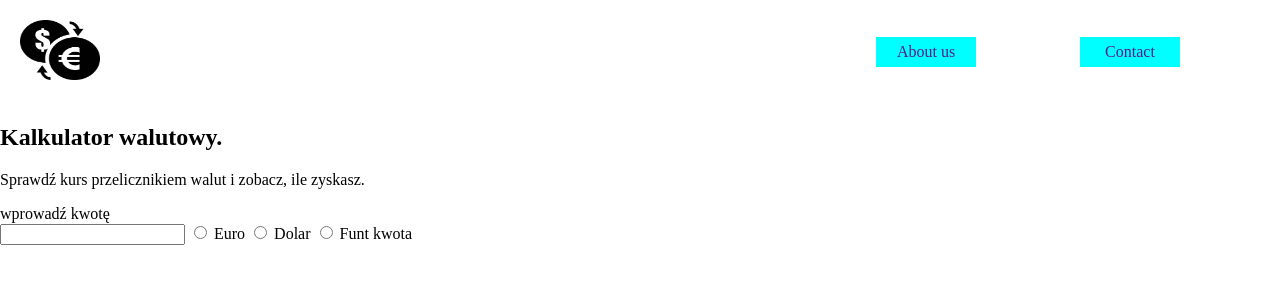
Repository: SebastianArmata22/Kalkulator-walut
Page: index.html
The author's editor kept a copy of each file at every save. The page is drawn from the files as they stood at one save, then again after the next save.
The browser window is 1280 px wide. The pictures show the whole page.

Above is the page before, as saved 2020-10-22 19:19:24.

After the next save:
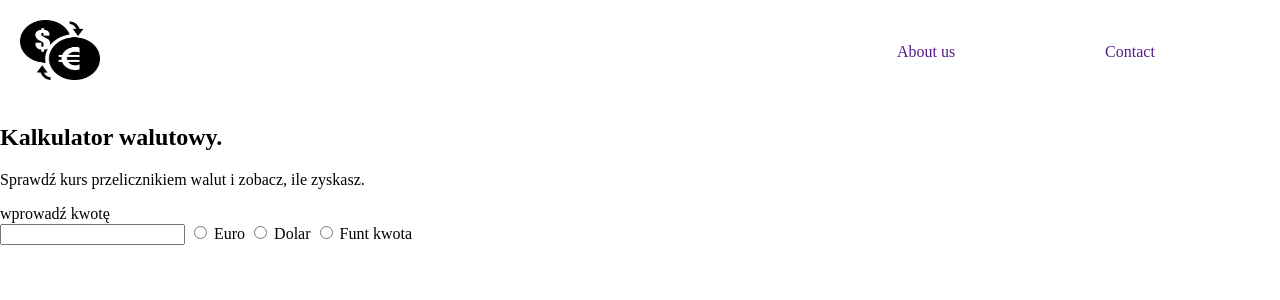
Saved 8 s later.
--- a/style.css
+++ b/style.css
@@ -33,7 +33,6 @@ width: 100%;
     text-decoration: none;
     height: 30px;
     width: 100px;
-    background-color: aqua;
     justify-content: center;
     align-items: center;
 }
